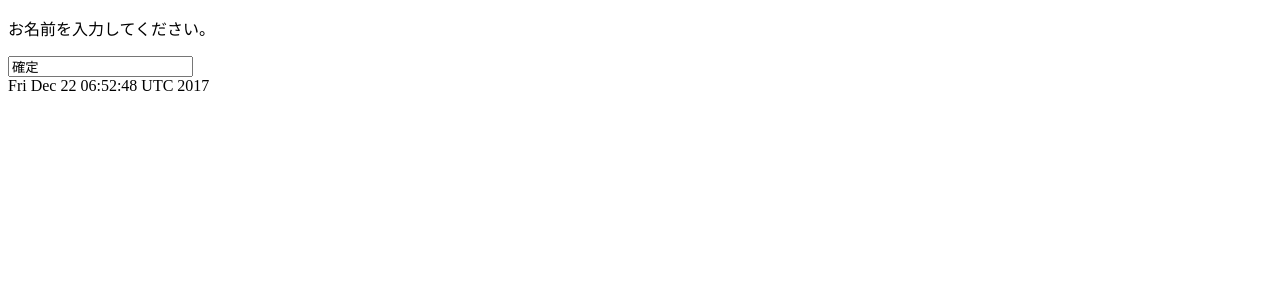
Repository: nununukibook/backup
Page: http://localhost/HelloJSP/
The author's editor kept a copy of each file at every save. The page is drawn from the files as they stood at one save, then again after the next save.
The browser window is 1280 px wide. The pictures show the whole page.
The page is served by Tomcat 9.

Above is the page before, as saved 2017-12-26 05:23:05.

### HelloJSP/WebContent/index.jsp
<%@ page language="java" contentType="text/html; charset=UTF-8"
    pageEncoding="UTF-8"%>
<!DOCTYPE html>
<html>
<head>
<meta charset=UTF-8">
<title>TEST</title>
</head>
<body>
<p>お名前を入力してください。</p>
<form method="post action="greeting-out.jsp>
<input type="text" name="user>
<input type="submit" value="確定">
</form>
<% out.println(new java.util.Date()); %>
</body>
</html>

After the next save:
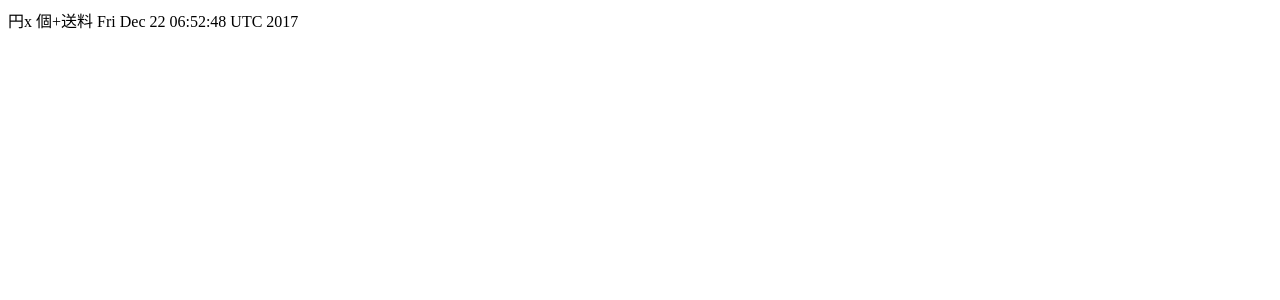
Saved 9 s later.
--- a/HelloJSP/WebContent/index.jsp
+++ b/HelloJSP/WebContent/index.jsp
@@ -7,11 +7,15 @@
 <title>TEST</title>
 </head>
 <body>
-<p>お名前を入力してください。</p>
-<form method="post action="greeting-out.jsp>
-<input type="text" name="user>
-<input type="submit" value="確定">
+
+<form method="post" action="total-out.jsp">
+<imput type="text" name="price">
+円x
+<imput type="text" name="count">
+個+送料
+<imput type="submit" value="計算">
 </form>
+
 <% out.println(new java.util.Date()); %>
 </body>
 </html>
